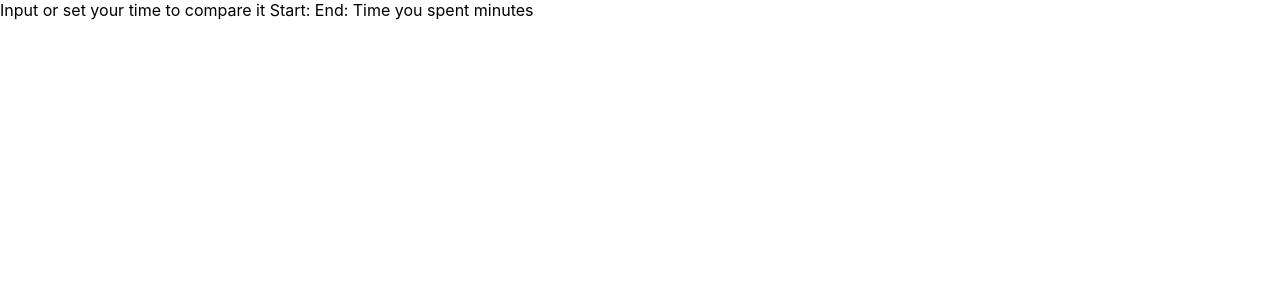
Repository: mireu-san/react-deadline-counter
Page: /
These files come from the project's save history. The page is drawn as it stood at one moment and after the next save; the edit follows.
The browser window is 1280 px wide. The pictures show the whole page.
The project was rebuilt for these pictures with package versions that can differ from the ones it lists, and the page was loaded fresh each time.

Above is the page before, as saved 2022-12-15 12:01:21.

### src/App.js
import { useState, useEffect } from "react";

export default function App() {
  const [start, setStart] = useState(null);
  const [end, setEnd] = useState(null);
  const [final, setFinal] = useState(null);

  function handleStartChange(e) {
    setStart(new Date(e.target.value).getTime());
  }

  function handleEndChange(e) {
    setEnd(new Date(e.target.value).getTime());
  }

  useEffect(
    function runWhenStartOrEndChange() {
      if (end && start) {
        const diffTime =
          (new Date(end).getTime() - new Date(start).getTime()) / 1000 / 60;
        setFinal(diffTime);
      }
    },
    [start, end]
  );

  return (
    <>
      Input or set your time to compare it Start: End: Time you spent
      {final} minutes
    </>
  );
}

Loaded but not shown: public/index.html (common file); src/index.js (common file); src/index.css (common file); src/reportWebVitals.js (common file)

After the next save:
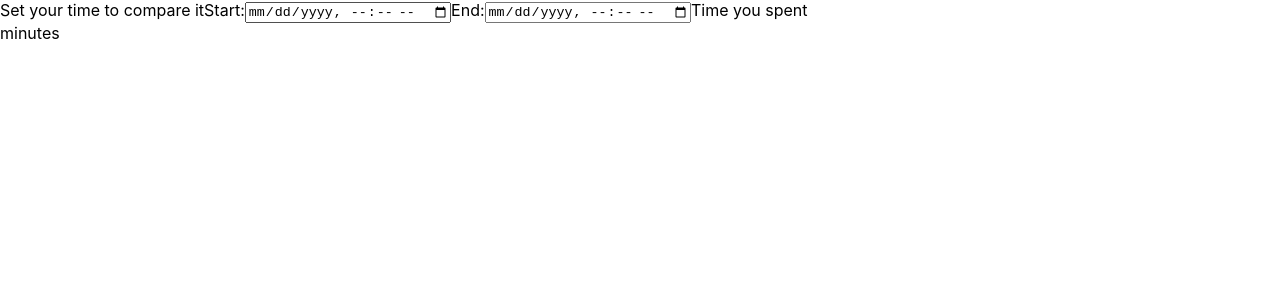
Saved 34 s later.
--- a/src/App.js
+++ b/src/App.js
@@ -1,20 +1,24 @@
-import { useState, useEffect } from "react";
+import { useEffect, useState } from "react";
 
 export default function App() {
+  // This state variable will hold the starting date:
   const [start, setStart] = useState(null);
+  // This state variable will hold the ending date:
   const [end, setEnd] = useState(null);
+  // This state variable will hold the difference between the starting and ending date:
   const [final, setFinal] = useState(null);
 
+  // Update starting date on input change event:
   function handleStartChange(e) {
     setStart(new Date(e.target.value).getTime());
   }
-
+  // Update ending date on input change event:
   function handleEndChange(e) {
     setEnd(new Date(e.target.value).getTime());
   }
-
   useEffect(
     function runWhenStartOrEndChange() {
+      // Calculate difference only if both starting and ending dates are present and not null
       if (end && start) {
         const diffTime =
           (new Date(end).getTime() - new Date(start).getTime()) / 1000 / 60;
@@ -26,8 +30,23 @@ export default function App() {
 
   return (
     <>
-      Input or set your time to compare it Start: End: Time you spent
-      {final} minutes
+      <label htmlFor="due">Set your time to compare it</label>
+      Start:
+      <input
+        onChange={handleStartChange}
+        id="due"
+        type="datetime-local"
+        name="duedate"
+      />
+      End:
+      <input
+        onChange={handleEndChange}
+        id="due"
+        type="datetime-local"
+        name="duedate"
+      />
+      <label htmlFor="due">Time you spent</label>
+      <div>{final} minutes</div>
     </>
   );
 }
